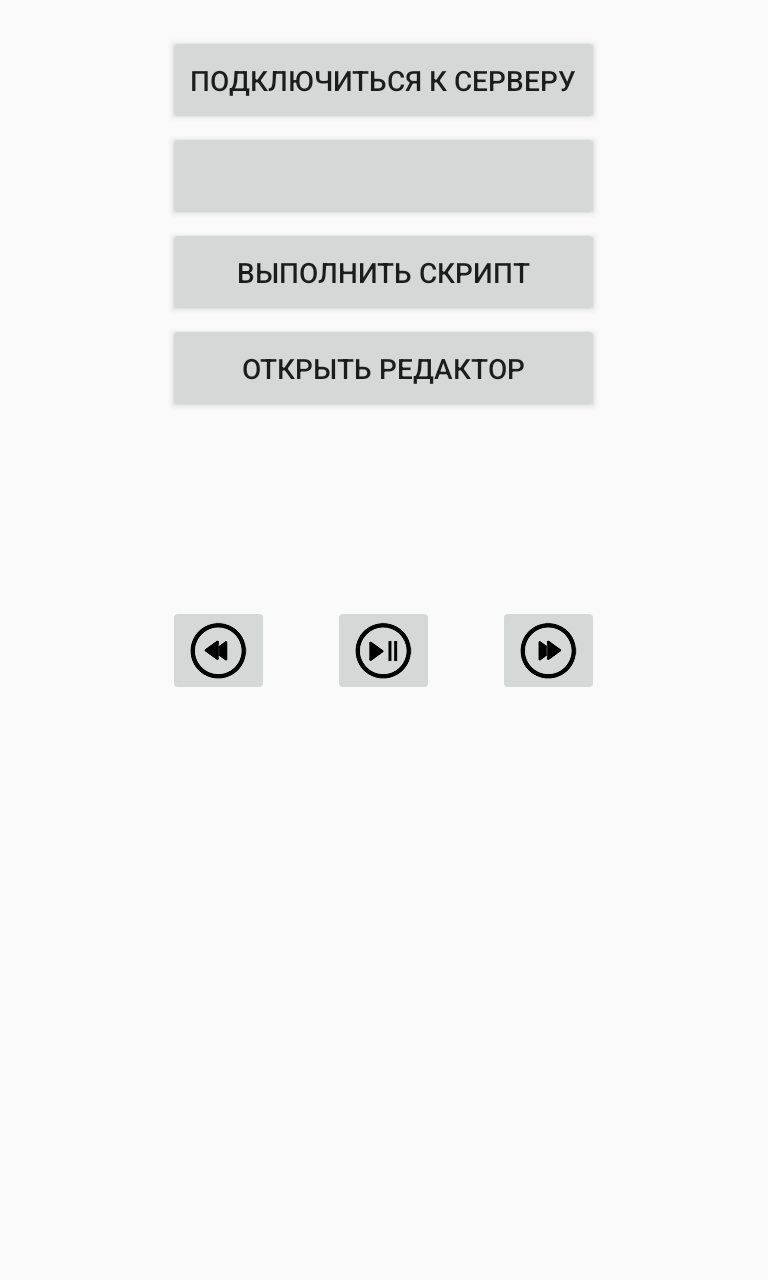
Repository: Laboratory711/Nightjar
Layout: android/Nightjar/workspace/Nightjar/res/layout/fragment_lab1.xml
An editor plug-in stored every save of this project. The layout is shown before and after the next save, followed by the edit.
It is drawn on a 768 x 1280 px phone screen (xhdpi) without system bars, with theme AppTheme; the app's code is not run.

Above is the layout before, as saved 2014-03-30 00:08:12.

After the next save:
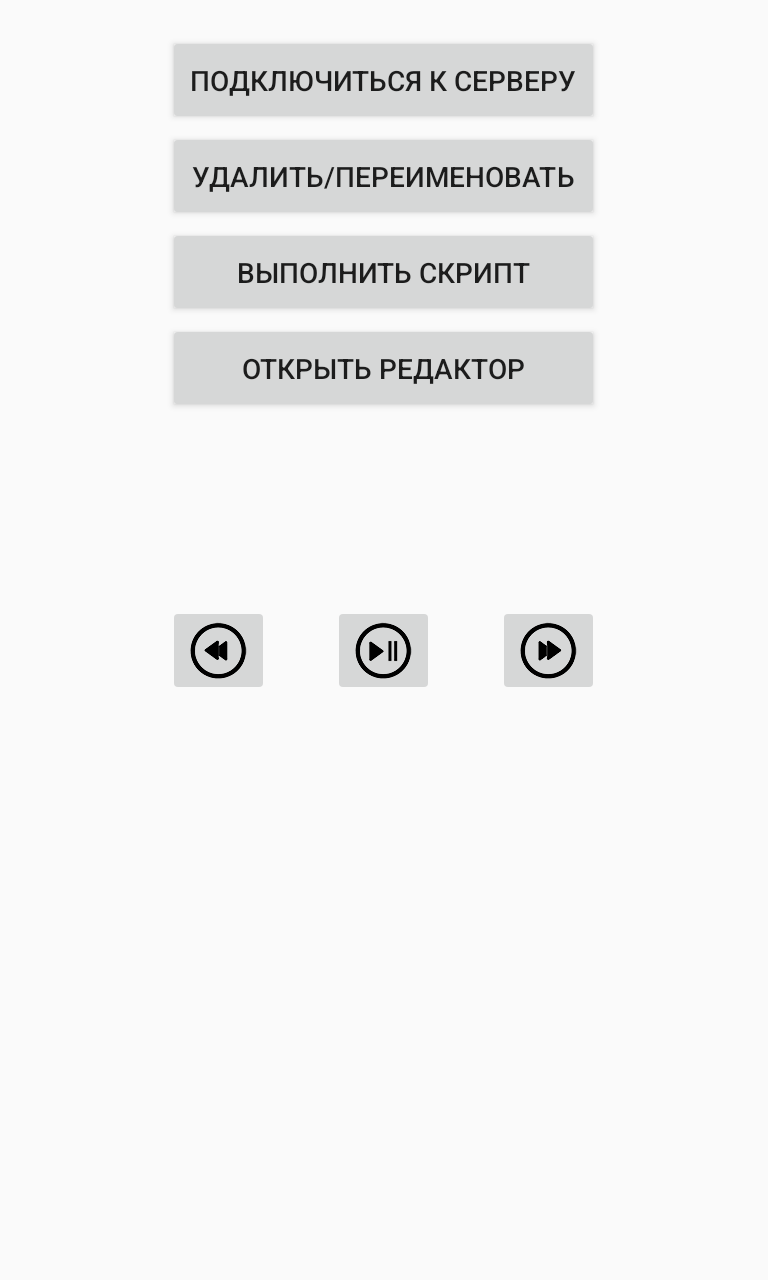
Saved 30 s later.
--- a/android/Nightjar/workspace/Nightjar/res/layout/fragment_lab1.xml
+++ b/android/Nightjar/workspace/Nightjar/res/layout/fragment_lab1.xml
@@ -54,7 +54,8 @@
         android:layout_height="wrap_content"
         android:layout_alignLeft="@+id/button1"
         android:layout_alignRight="@+id/button1"
-        android:layout_below="@+id/button1" />
+        android:layout_below="@+id/button1"
+        android:text="@string/text_buttom_del_Name" />
 
     <Button
         android:id="@+id/button2"
